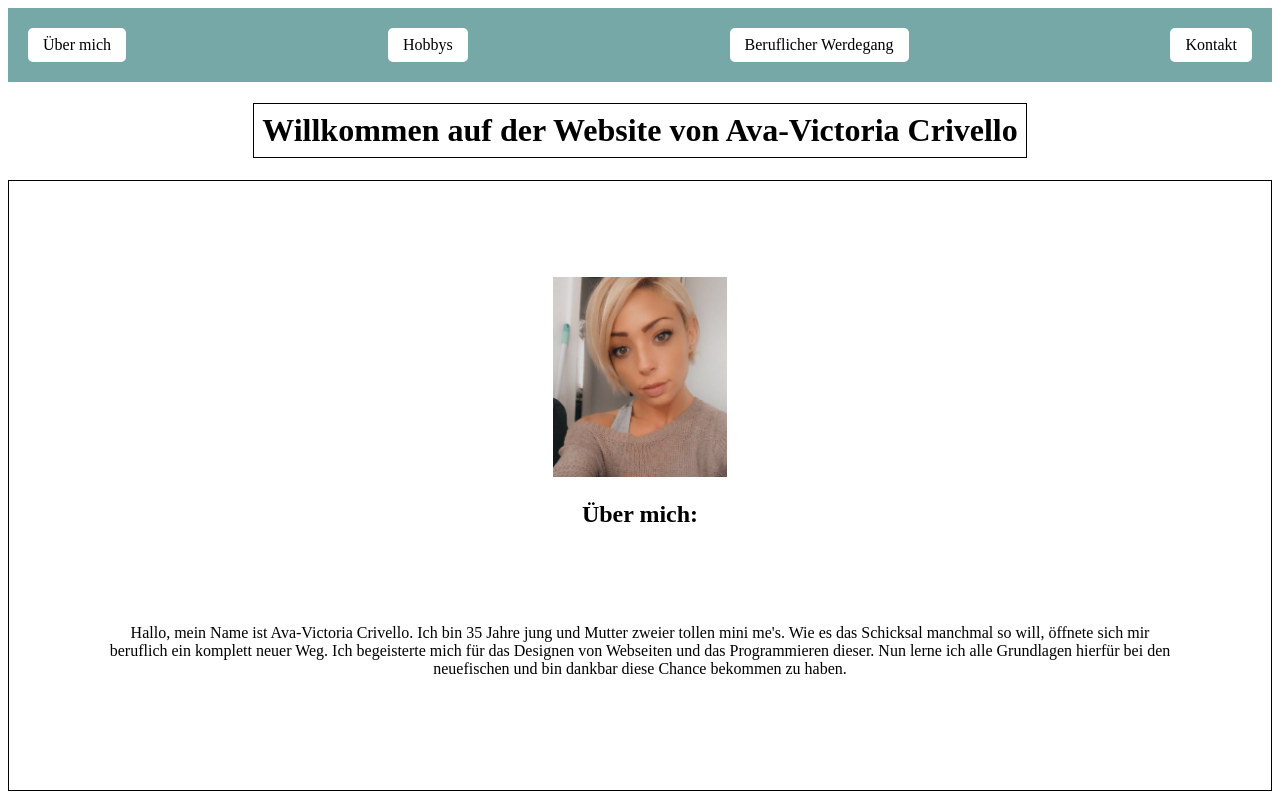
Repository: Ava-VictoriaCrivello/website
Page: index.html
These files come from the project's save history. The page is drawn as it stood at one moment and after the next save; the edit follows.
The browser window is 1280 px wide. The pictures show the whole page.
Some web fonts or font styles are not loaded; a fallback is used.

Above is the page before, as saved 2022-05-29 20:22:02.

### index.html
<!DOCTYPE html>
<html lang="en">
  <head>
    <meta charset="UTF-8" />
    <meta http-equiv="X-UA-Compatible" content="IE=edge" />
    <meta name="viewport" content="width=device-width, initial-scale=1.0" />
    <title>website</title>
    <link rel="stylesheet" href="style.css" />
    <link rel="preconnect" href="https://fonts.googleapis.com" />
    <link rel="preconnect" href="https://fonts.gstatic.com" crossorigin />
    <link
      href="https://fonts.googleapis.com/css2?family=Tiro+Telugu:ital@1&display=swap"
      rel="stylesheet"
    />
  </head>
  <body>
    <nav>
      <a class="button" href="name.#aboutme">Über mich</a>
      <a class="button" href="name.#hobbys">Hobbys</a>
      <a class="button" href="name.#work">Beruflicher Werdegang</a>
      <a class="button" href="name.#contact">Kontakt</a>
    </nav>

    <h1>Willkommen auf der Website von Ava-Victoria Crivello</h1>
    <article>
      <img src="ich.png" alt="Frau mit blonden Haaren" height="200px" />
      <h2>Über mich:</h2>
      <p>
        Hallo, mein Name ist Ava-Victoria Crivello. Ich bin 35 Jahre jung und
        Mutter zweier tollen mini me's. Wie es das Schicksal manchmal so will,
        öffnete sich mir beruflich ein komplett neuer Weg. Ich begeisterte mich
        für das Designen von Webseiten und das Programmieren dieser. Nun lerne
        ich alle Grundlagen hierfür bei den neuefischen und bin dankbar diese
        Chance bekommen zu haben.
      </p>
    </article>
  </body>
</html>

### style.css
nav {
  background-color: rgb(119, 168, 168);
  font-family: "Tiro Telugu", serif;
  padding: 20px;
  display: flex;
  justify-content: space-between;
  flex-wrap: wrap;
  gap: 20px;
  flex-direction: row;
}

.button {
  background-color: white;
  color: black;
  padding: 8px 15px;
  border-radius: 5px;
  text-decoration: none;
}

h1 {
  font-family: "Tiro Telugu", serif;
  color: black;
  border: thin solid;
  padding: 0.25em;
  margin-left: auto;
  margin-right: auto;
  max-width: max-content;
  text-align: start;
}
h2 {
  font-family: "Tiro Telugu", serif;
  font-weight: bolder;
  margin-bottom: 4em;
  text-align: center;
}

article {
  font-family: "Tiro Telugu", serif;
  color: black;
  border: thin solid;
  padding: 6em;
  margin-left: auto;
  margin-right: auto;
  max-width: max-content;
  text-align: center;
}

After the next save:
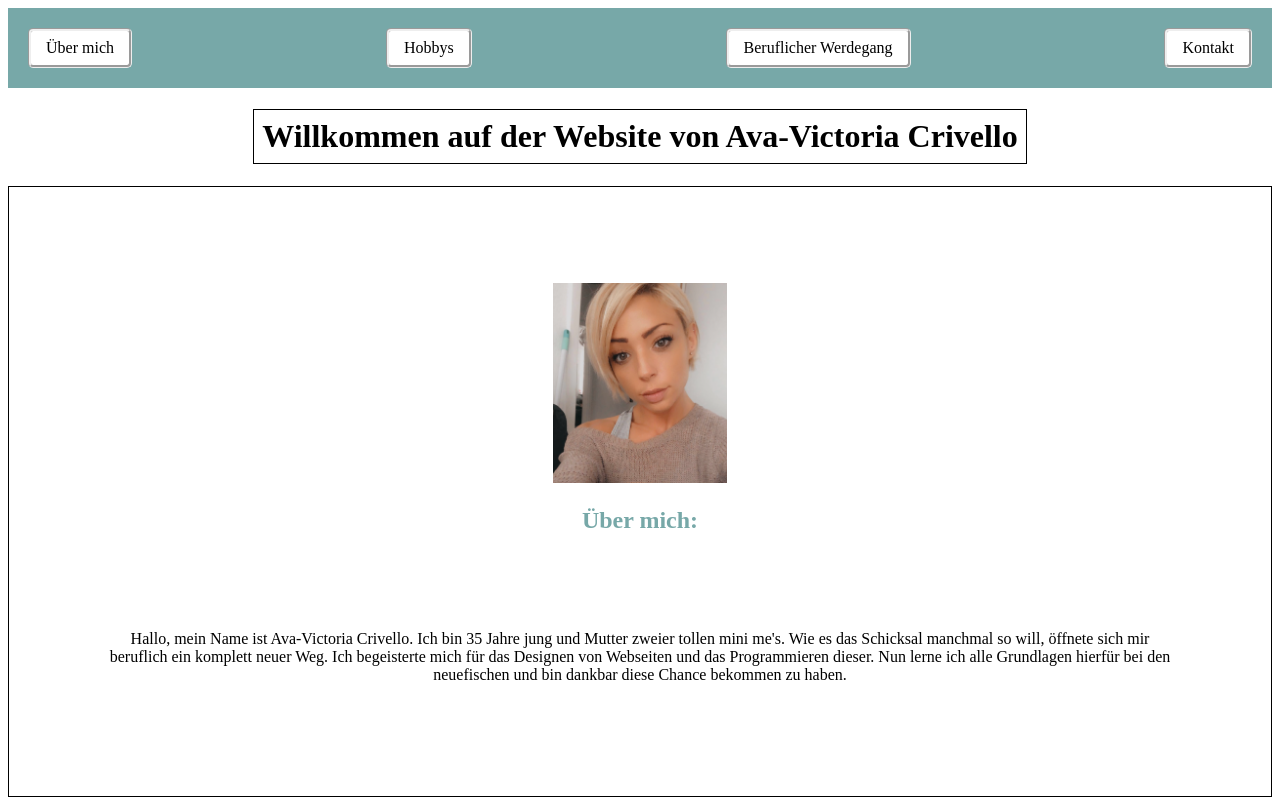
Saved 9 min 19 s later.
--- a/style.css
+++ b/style.css
@@ -14,6 +14,7 @@ nav {
   color: black;
   padding: 8px 15px;
   border-radius: 5px;
+  border-style: groove;
   text-decoration: none;
 }
 
@@ -29,6 +30,7 @@ h1 {
 }
 h2 {
   font-family: "Tiro Telugu", serif;
+  color: rgb(119, 168, 168);
   font-weight: bolder;
   margin-bottom: 4em;
   text-align: center;
